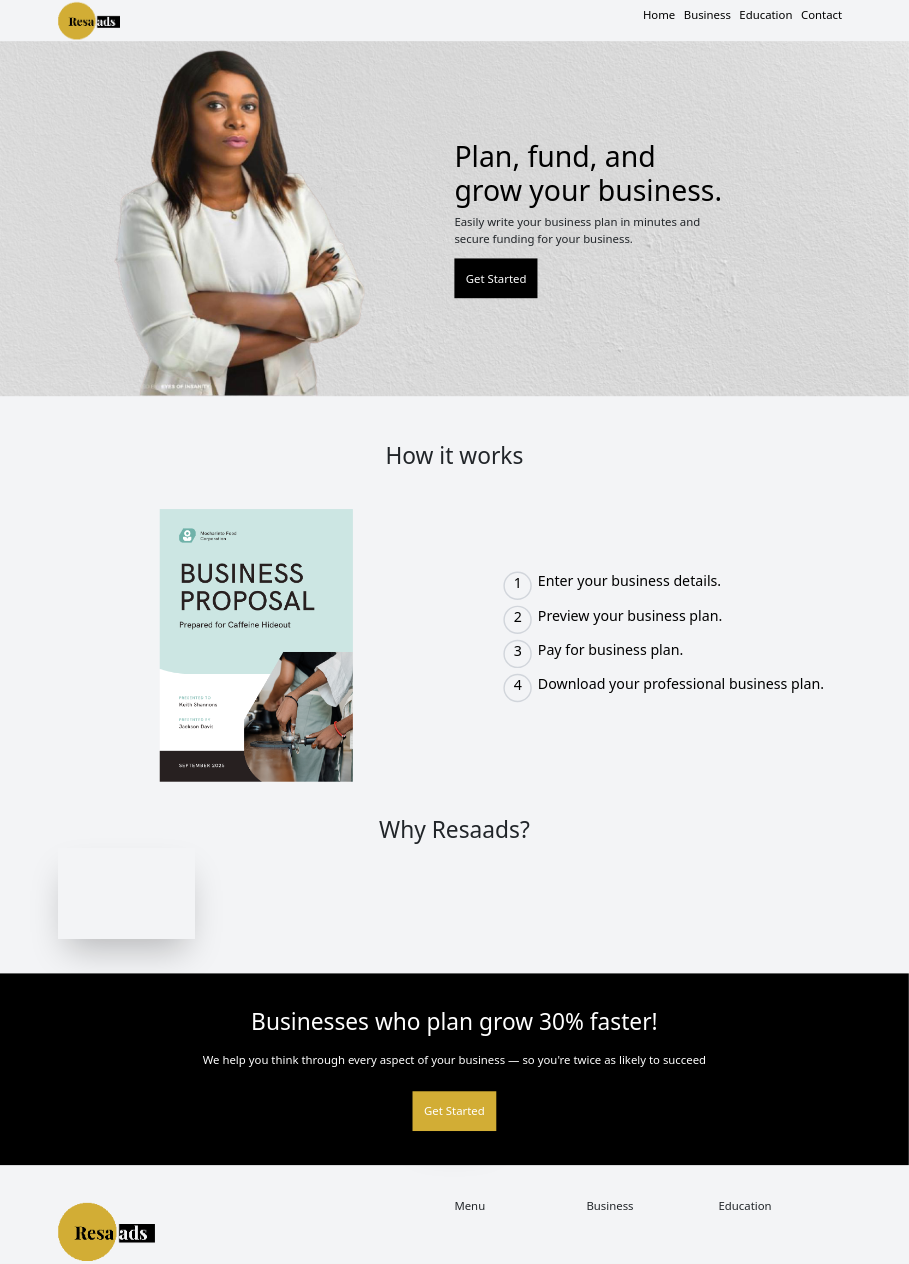
Repository: latenightsnacc/resaads-consults
Page: index.html
An editor plug-in stored every save of this project. The page is shown before and after the next save, followed by the edit.
The browser window is 1280 px wide. The pictures show the whole page, at 71% of full size.
Some web libraries are served in a nearby version.

Above is the page before, as saved 2021-08-05 12:19:06.

After the next save:
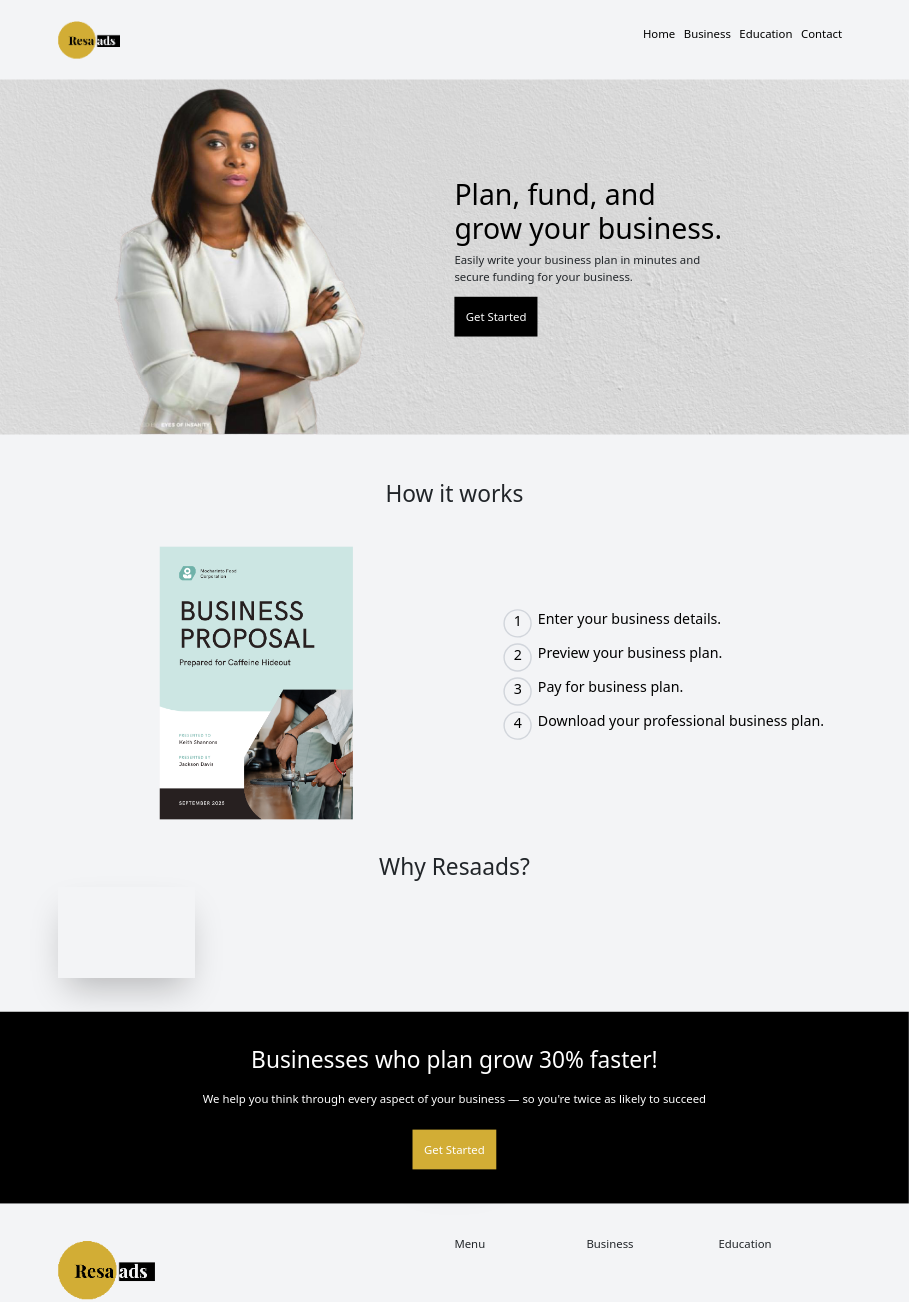
Saved 17 s later.
--- a/index.html
+++ b/index.html
@@ -35,7 +35,7 @@
 </head>
 <body class="bg-gray-100">
     <header class="container">
-        <nav class="flex flex-row w-full justify-between items-center">
+        <nav class="flex flex-row h-28 w-full justify-between items-center">
             <a href="index.html" class="w-24">
                 <img src="assets/logos/Logo-150px-removebg-preview.png" alt="" class="w-full">
             </a>
